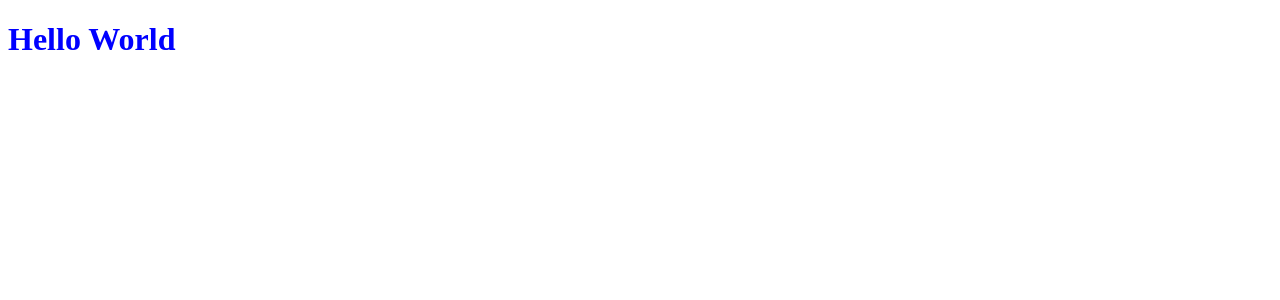
Repository: Clarkbas/Coding-Dojo-Java
Page: ejemploClass/src/main/resources/static/index.html
These files come from the project's save history. The page is drawn as it stood at one moment and after the next save; the edit follows.
The browser window is 1280 px wide. The pictures show the whole page.

Above is the page before, as saved 2023-07-12 22:19:02.

After the next save:
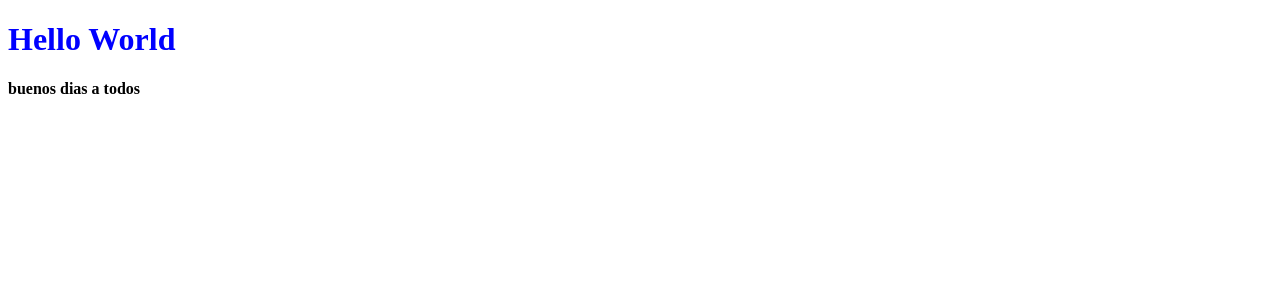
Saved 7 min 4 s later.
--- a/ejemploClass/src/main/resources/static/index.html
+++ b/ejemploClass/src/main/resources/static/index.html
@@ -7,5 +7,6 @@
 </head>
 <body>
         <h1>Hello World</h1>
+        <h4>buenos dias a todos</h4>
 </body>
 </html>
